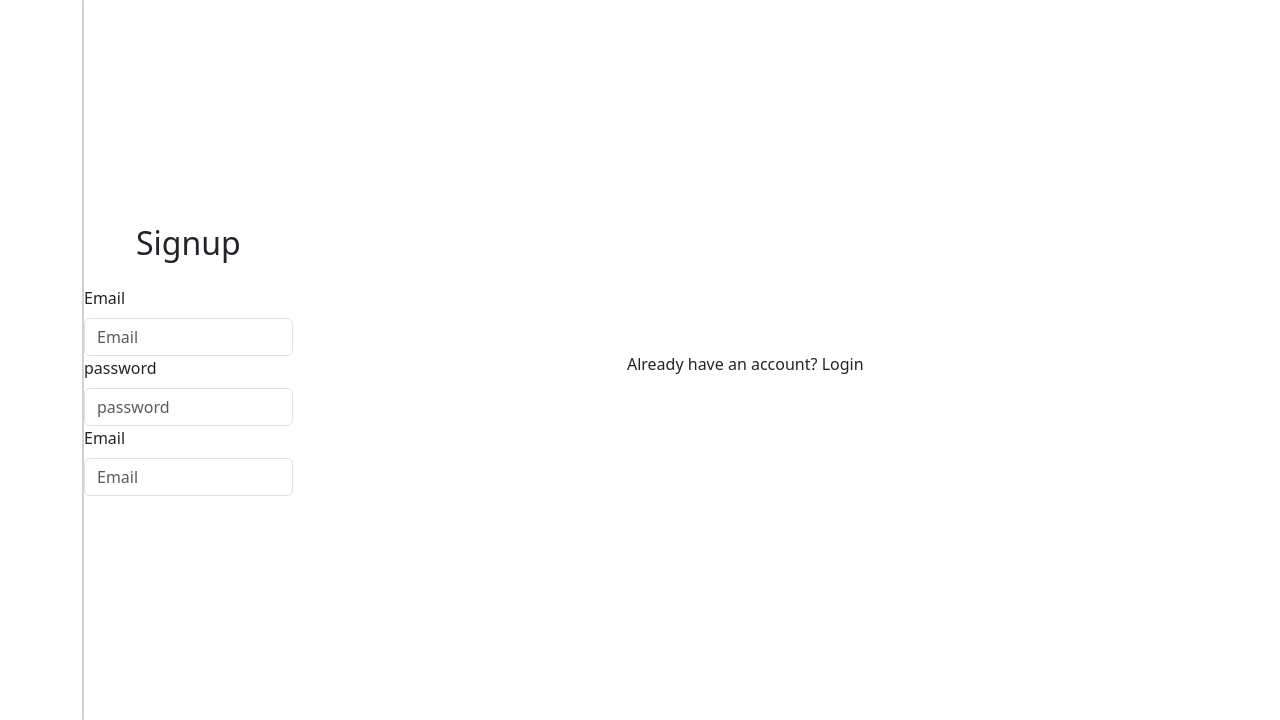
Repository: NDISHAW/kibagareacademycenter
Page: / (app in news/)
An editor plug-in stored every save of this project. The page is shown before and after the next save, followed by the edit.
The browser window is 1280 px wide. The pictures show the whole page.
The project was rebuilt for these pictures with package versions that can differ from the ones it lists, and the page was loaded fresh each time.

Above is the page before, as saved 2022-05-29 14:12:46.

After the next save:
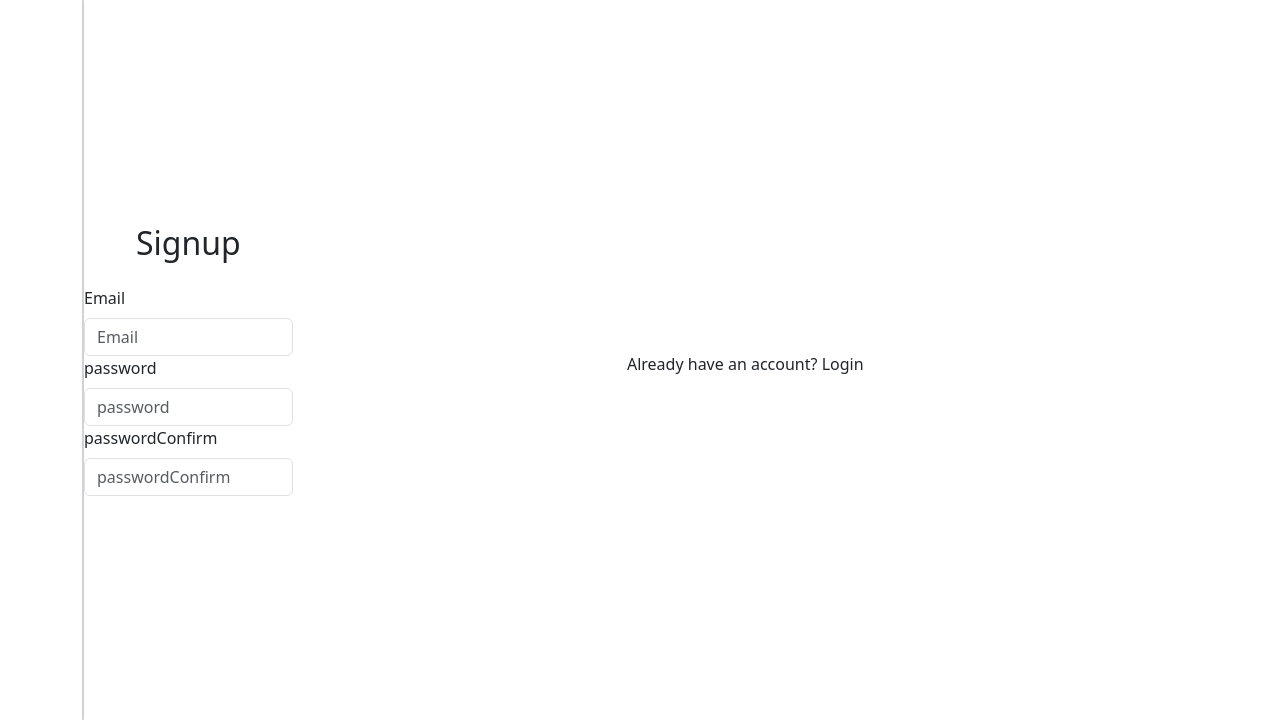
Saved 44 s later.
--- a/news/src/Components/Signup.js
+++ b/news/src/Components/Signup.js
@@ -23,9 +23,9 @@ function Signup() {
                 <Form.Label>password</Form.Label>
                 <Form.Control type="password" placeholder="password" ref={passwordRef} required />
             </Form.Group>
-            <Form.Group id="email">
-                <Form.Label>Email</Form.Label>
-                <Form.Control type="email" placeholder="Email" ref={emailRef} required />
+            <Form.Group id="passwordConfirm">
+                <Form.Label>passwordConfirm</Form.Label>
+                <Form.Control type="passwordConfirm" placeholder="passwordConfirm" ref={passwordConfirmRef} required />
             </Form.Group>
         </form>
         </Card.Body>
